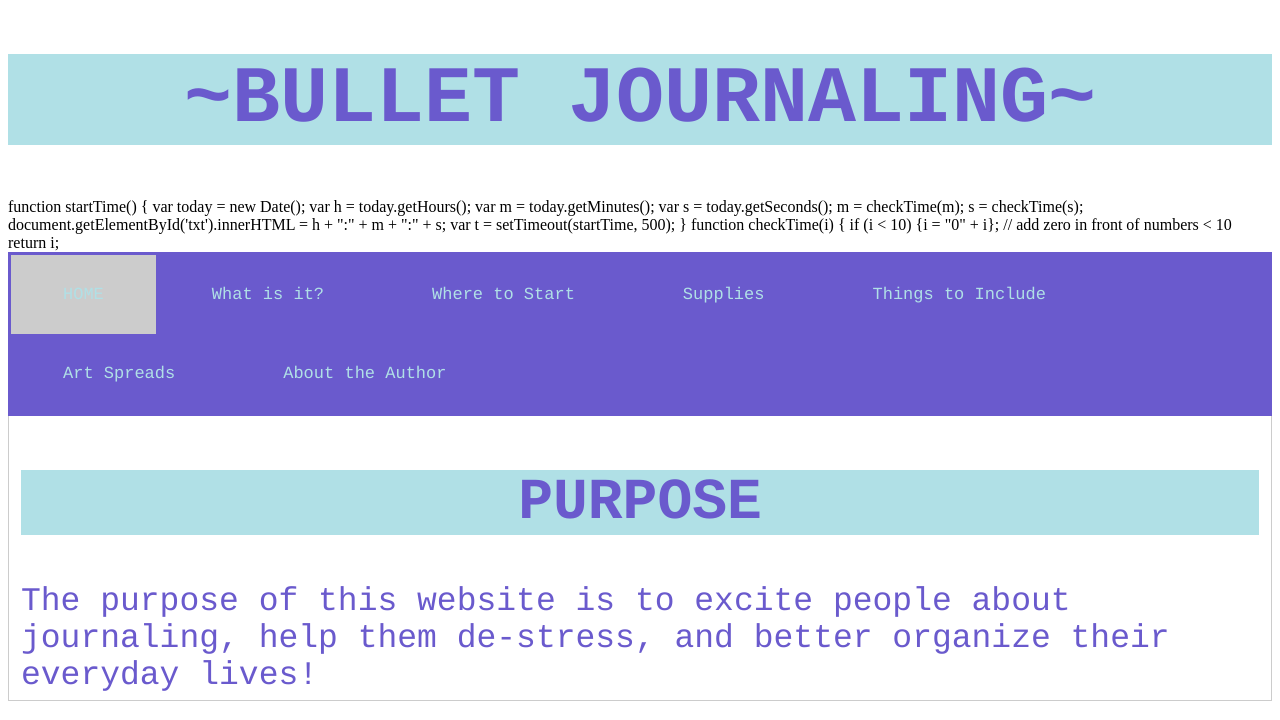
Repository: m-e-l-i-s-s-a/m-e-l-i-s-s-a.github.io
Page: journaling/index.html
The author's editor kept a record of every edit. The page is drawn from the files as they stood at one moment, then again after the next edit.
The browser window is 1280 px wide. The pictures show the whole page.

Above is the page before.

### journaling/index.html
<!doctype html>
  <html lang="en">
       <head>
           <meta charset="utf-8">
           <title>journaling site</title>
       </head>
       <body>

           <h1>
            ~BULLET JOURNALING~
          </h1>
          <p:o>
          function startTime() {
          var today = new Date();
          var h = today.getHours();
          var m = today.getMinutes();
          var s = today.getSeconds();
          m = checkTime(m);
          s = checkTime(s);
          document.getElementById('txt').innerHTML =
          h + ":" + m + ":" + s;
          var t = setTimeout(startTime, 500);
            }
          function checkTime(i) {
          if (i < 10) {i = "0" + i};  // add zero in front of numbers < 10
            return i;
          </p:o>
          <div class="tab">
          <button class="tablinks" onclick="openStep(event, 'HOME')"  id="defaultClose">HOME</button>
          <button class="tablinks" onclick="openStep(event, 'What is it?')">What is it?</button>
          <button class="tablinks" onclick="openStep(event, 'Where to Start')">Where to Start</button>
          <button class="tablinks" onclick="openStep(event, 'Supplies')">Supplies</button>
          <button class="tablinks" onclick="openStep(event, 'Things to Include')">Things to Include</button>
          <button class="tablinks" onclick="openStep(event, 'Art Spreads')">Art Spreads</button>
          <button class="tablinks" onclick="openStep(event, 'About the Author')">About the Author</button>
          </div>

          <div id="HOME" class="tabcontent">
          <h2>
          PURPOSE
          </h2>
          <p1>
          The purpose of this website is to excite people about journaling, help them de-stress, and better organize their everyday lives!</p1>
          <br>
          </div>

          <div id="What is it?" class="tabcontent">
          <h3>
          WHAT IS BULLET JOURNALING?
          </h3>
          <p2>
          Bullet journaling is a customizable way to organize your life and make it more managable. Some bullet journals are very focused on planning and efficiency, while others are artsy and fun. Any which way, a bullet journal is meant to be a planner that you can do whatever you want with!
          <br>
          </p2>
          <img src="mini.journal.jpg" alt="efficent" style="width:400px;height:400px;" class="right">
          <img src="artsy_journal.jpg" alt="art" style="width:400px;height:400px;" class="right">
          </div>

          <div id="Where to Start" class="tabcontent">
          <h4>
          WHERE TO START
          </h4>
          <p3>
          To start, you have to make sure you choose the right journal for you.
          <br>
          </p3>
          <img src="1917.dotted.jpg" alt="1917" style="width:500px;height:500px;" class="right">
          <img src="moleskine.dotted.jpg" alt="mole.cutie" style="width:500px;height:500px;" class="right">
          <img src="ghost.grid.jpg" alt="ghost" style="width:450px;height:500px;" class="right">
          <pbook>
          <br>
          Above are three options that many expirenced  folks use!
          <br>
          </pbook>
          <p1a>
          <br>
          The journal(left) known as the Leuchtturm 1917
          is considered a top choice by most.
          You can purchase it for $20 on amazon
          but there are cheaper options shown here too.
          Many people like this journal because of
          the many perks, like thick, dotted and
          numbered pages, label stickers, and
          many colors to choose from!
          <br>
          </p1a>
          <p1b>
          <br>
          The journal(middle) is called the Moleskine Dotted Hardcover journal.
          Many people consider this journal to be well made and very customizable.
          You can purchase it for $18 on amazon
          so slightly cheaper than the Leuchtturm.
          This journal is a pretty blank slate, making it well liked among the artsy type for journaling.
          The pages are thick, making them perfect for pens and markers.
          The artist in you will really love this!
          <br>
          </p1b>
          <p1c>
          <br>
          The journal(right) is called the Ghost Grid Dot journal.
          This journal isn't very popular due to the loud cover art, but it's a great place to start for beginners.
          You can purchase it for $10 on amazon making it quite affordable.
          This is yet another perk for beginners.
          This journal is spiral bound, which is not usual for bullet journalling, however many people are more comfortable and familiar with spiral notebooks.
          The pages are thick, dotted, and it has built in index pages at the front.
          <br>
          </p1c>
          </div>

          <div id="Supplies" class="tabcontent">
          <h5>
          SUPPLIES
          </h5>
          <p4>
          There are numerous amounts of supplies you can use for journalling, from a few pens to a whole art kit. Here I'll give you some commonly used to get you going!
          <br>
          </p4>
          <hboi>
          <br>
          Fineliners
          <br>
          </hboi>
          <pboi>
          <br>
          Fineliners are markers that come in many different colors that have a very fine tip. Normally used for outlining and writing, they are a staple in most bullet journals.
          <br>
          </pboi>
          <img src="liners.1.jpg" alt="liners.1" style="width:500px;height:500px;">
          <img src="liners.2.jpg" alt="liners.2" style="width:500px;height:500px;">
          <hboiv2>
          <br>
          Pens
          <br>
          </hboiv2>
          <pboiv2>
          <br>
          You probably have countless pens around your house but most journals have thick paper that will work much better with high quality gel pens.
          <br>
          </pboiv2>
          <img src="pens.1.jpg" alt="pens.1" style="width:500px;height:500px;">
          <img src="pens.2.jpg" alt="pens.2" style="width:500px;height:500px;">
          <hboiv3>
          <br>
          Markers
          <br>
          </hboiv3>
          <pboiv3>
          <br>
          Markers are used to color, decorate, and embelish the spreads in your bullet journal. While they aren't necesseary to journalling, they can be a great and exciting edition to yours!
          <br>
          </pboiv3>
          <img src="markers.1.jpg" alt="markers.1" style="width:500px;height:500px;">
          <img src="markers.2.jpg" alt="markers.2" style="width:500px;height:500px;">
          </div>

          <div id="Things to Include" class="tabcontent">
          <h6>
          THINGS TO INCLUDE
          </h6>
          <p5>
          You can include some many things in a bullet journal, but it is common to include calenders, planners, and other organizational spreads. However, there are plenty of things that can give your journal more personality!
          <br>
          </p5>
          <img src="daily.planner.jpg" alt="daily" style="width:500px;height:500px;">
          <img src="monthly.planner.png" alt="monthly" style="width:500px;height:500px;">
          <h1a>
          <br>
          Planners
          </h1a>
          <p2a>
          <br>
          Planners are what bullet journals are all about! They help you organize your life, remember important dates, and everything in between!
          <br>
          </p2a>
          <img src="mood.tracker.1.jpg" alt="mood.1" style="width:500px;height:500px;">
          <img src="mood.tracker.2.png" alt="mood.2" style="width:500px;height:500px;">
          <h1b>
          <br>
          Mood Trackers
          <br>
          </h1b>
          <p2b>
          <br>
          Mood trackers can help you recongize and pick up on behaviors you feel throughtout the month so yu can reflect on yourself and your emotions.
          <br>
          </p2b>
          <img src="habit.tracker.1.jpg" alt="habit.1" style="width:500px;height:500px;">
          <img src="habit.tracker.2.jpg" alt="habit.2" style="width:500px;height:500px;">
          <h1c>
          <br>
          Habit Trackers
          <br>
          </h1c>
          <p2c>
          <br>
          Habit trackers, similar to mood trackers, help you understand and keep track of things you might forget about like water or food intake. Tracking this can help you understand your behaviors and see what you can improve on!
          <br>
          </p2c>
          </div>

          <div id="Art Spreads" class="tabcontent">
          <hbruh>
          ART SPREADS
          </hbruh>
          <p7>
          <br>
          <img src="spread.1.jpg" alt="1" style="width:500px;height:500px;">
          <img src="spread.2.png" alt="2" style="width:500px;height:500px;">
          <img src="spread.3.png" alt="3" style="width:500px;height:500px;">
          <img src="spread.4.jpg" alt="4" style="width:500px;height:500px;">
          <br>
          </p7>
          </div>

          <div id="About the Author" class="tabcontent">
          <h9>
          ABOUT THE AUTHOR
          <br>
          </h9>
          <p8>
          <br>
          The author of this site is a person named Melissa Gomez. She really likes to draw, design, and journal but unforunately, often can't find enough time to dedicate in her everyday life to this.
          <br>
          </p8>
          </div>

          <script>
          function openStep(evt, stepName)
          {
            var i, tabcontent, tablinks;
            tabcontent = document.getElementsByClassName("tabcontent");
            for (i = 0; i < tabcontent.length; i++)
            {
              tabcontent[i].style.display = "none";
            }
            tablinks = document.getElementsByClassName("tablinks");
            for (i = 0; i < tablinks.length; i++)
            {
              tablinks[i].className = tablinks[i].className.replace(" active", "");
            }
            document.getElementById(stepName).style.display = "block";
            evt.currentTarget.className += " active";
          }
          </script>

          <script>
          document.getElementById("defaultClose").click();
          </script>
  </body>

  </html>

  <link href="journaling.css" rel="stylesheet" type="text/css">

### journaling/journaling.css
h1
       {
 	       text-align: center;
 	       font-family: courier;
 	       color: slateblue;
 	       background-color: powderblue;
 	       font-size: 80px;
       }

h2, h3, h4, h5, h6, h7, hbruh, h9
       {
 	       text-align: center;
 	       font-family: courier;
 	       color: slateblue;
 	       background-color: powderblue;
 	       font-size: 58px;
       }

h1a, h1b, h1c, hboi, hboiv2, hboiv3
       {
              text-align: center;
 	       font-family: courier;
 	       color: slateblue;
 	       background-color: powderblue;
 	       font-size: 58px;
       }
p1, p2, p3, p4, p5, p6, p7, p8, pbook
       {
              text-align: center;
              font-family: courier;
              color: slateblue;
              font-size: 33px;
       }

p1a, p1b, p1c, p2a, p2b, p2c, pboi, pboiv2, pboiv3
       {
              text-align: left;
              font-family: courier;
              color: slateblue;
              font-size: 25px;
       }

.tab   {
              overflow: hidden;
              border: 3px solid slateblue;
              background-color: slateblue;
       }

.tab button
       {
              background-color: inherit;
              float: inherit;
              border: none;
              outline: none;
              color: powderblue;
              cursor: pointer;
              padding: 30px 52px;
              transition: 0.3s;
              font-family: courier;
              font-size: 17px
       }

/* Change background color of buttons on hover */
.tab button:hover
       {
              background-color: #ddd;
       }

/* Create an active/current "tab button" class */
.tab .active
       {
              background-color: #ccc;
       }

/* Style the tab content */
.tabcontent
       {
              display: none;
              padding: 6px 12px;
              border: 1px solid #ccc;
              border-top: none;
       }

After the next edit:
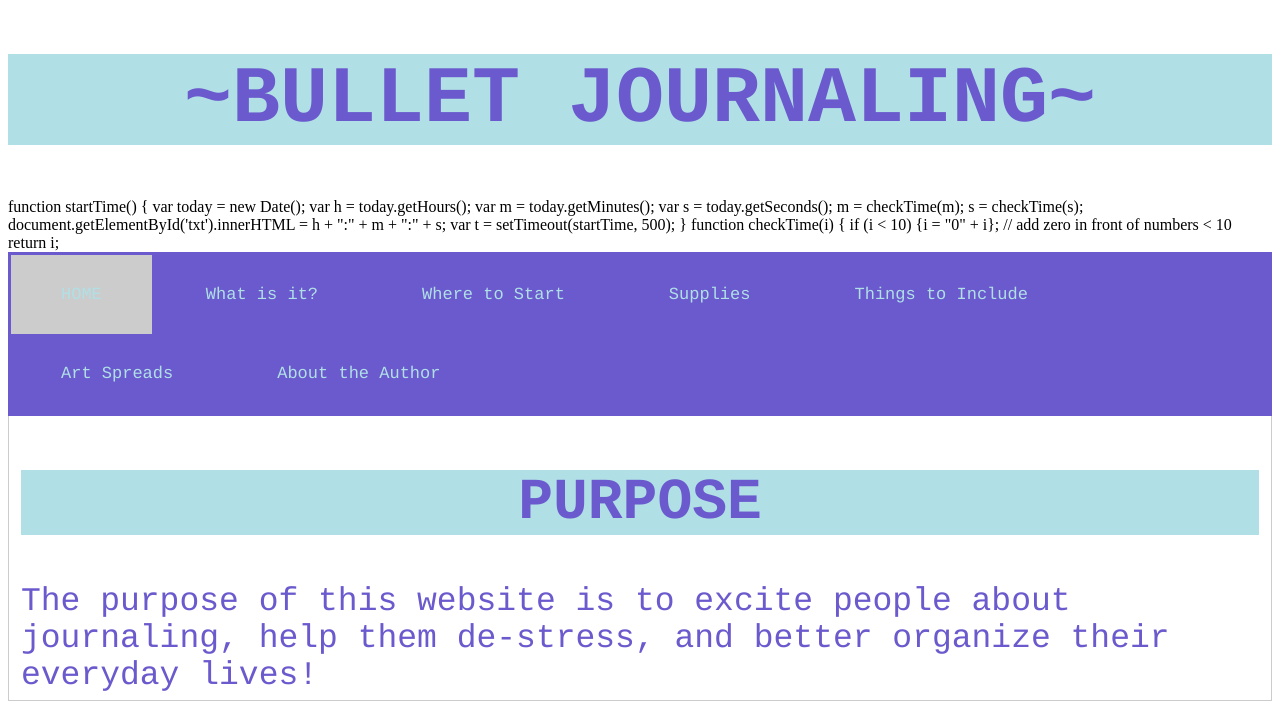
The edit:
--- a/journaling/journaling.css
+++ b/journaling/journaling.css
@@ -54,7 +54,7 @@
               outline: none;
               color: powderblue;
               cursor: pointer;
-              padding: 30px 52px;
+              padding: 30px 50px;
               transition: 0.3s;
               font-family: courier;
               font-size: 17px
